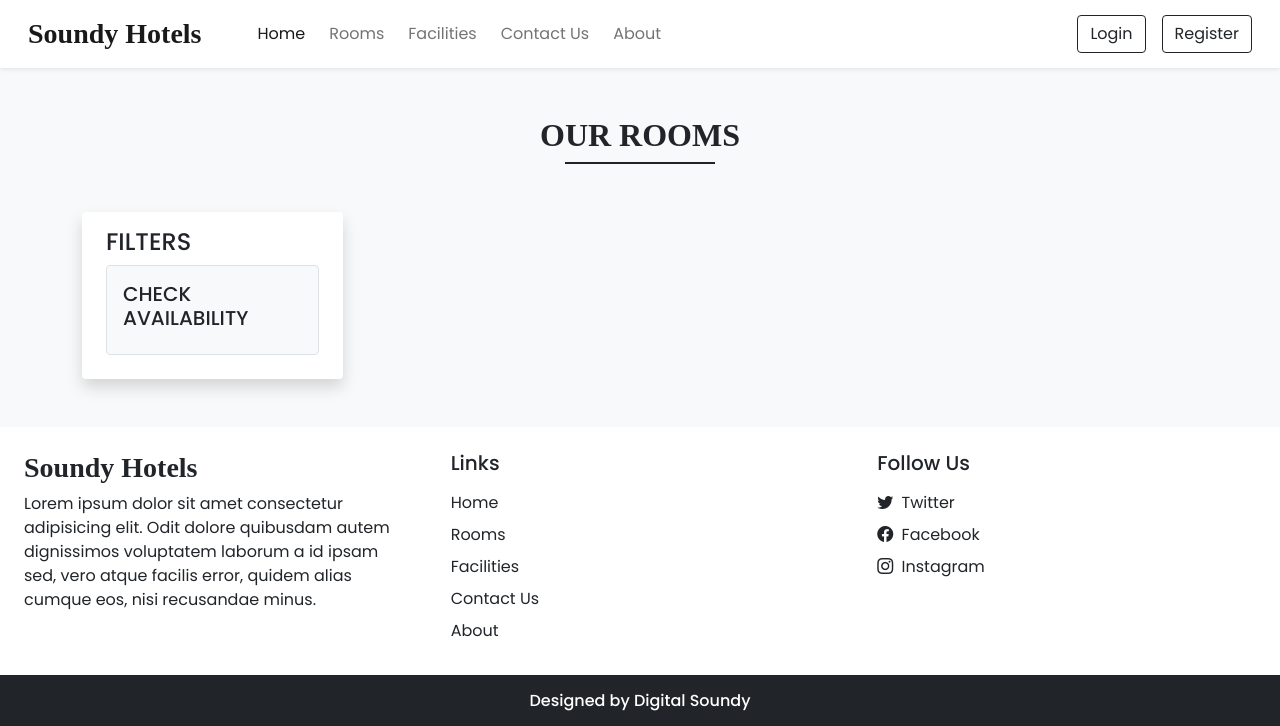
Repository: spencersoundy/Hotel-Booking-App
Page: http://localhost/rooms.php
An editor plug-in stored every save of this project. The page is shown before and after a run of saves, followed by the edit.
The browser window is 1280 px wide. The pictures show the whole page.
Some web fonts or font styles are not loaded; a fallback is used. The page is run by PHP 8.4 with error messages shown; the project is at /var/www/html/.

Above is the page before, as saved 2023-08-05 00:35:20.

### rooms.php
<!DOCTYPE html>
<html lang="en">
<head>
    <meta charset="UTF-8">
    <meta http-equiv="X-UA-Compatible" content="IE=edge">
    <meta name="viewport" content="width=device-width, initial-scale=1.0">
    <title>Soundy Hotels - CONTACT</title>
    <?php require('inc/links.php') ?>
</head>
<body class="bg-light">

<?php require('inc/header.php') ?>

<div class="my-5 px-4">
    <h2 class="fw-bold h-font text-center">OUR ROOMS</h2>
    <div class="h-line bg-dark"></div>
</div>

<div class="container">
    <div class="row">

       <div class="col-lg-3">
        <nav class="navbar navbar-expand-lg navbar-light bg-white rounded shadow">
            <div class="container-fluid flex-lg-column align-items-stretch">
                <h4 class="mt-2">FILTERS</h4>
                <button class="navbar-toggler" type="button" data-bs-toggle="collapse" data-bs-target="#filterDropdown" aria-controls="navbarNav" aria-expanded="false" aria-label="Toggle navigation">
                <span class="navbar-toggler-icon"></span>
                </button>
                <div class="collapse navbar-collapse" id="filterDropdown">
                    <div class="border bg-light p-3 rounded mb-3">
                        <h5 CLASS="">CHECK AVAILABILITY</h5>
                    </div>
                </div>
            </div>
        </nav>
       </div>

    </div>
</div>

<?php require('inc/footer.php')?>

</body>
</html>

### inc/links.php
<link href="https://cdn.jsdelivr.net/npm/bootstrap@5.0.2/dist/css/bootstrap.min.css" rel="stylesheet" integrity="sha384-EVSTQN3/azprG1Anm3QDgpJLIm9Nao0Yz1ztcQTwFspd3yD65VohhpuuCOmLASjC" crossorigin="anonymous">
<link href="https://fonts.googleapis.com/css2?family=Merienda:wght@400;700&family=Poppins:wght@400;500;600&display=swap" rel="stylesheet">
<link rel="stylesheet" href="https://cdn.jsdelivr.net/npm/bootstrap-icons@1.10.5/font/bootstrap-icons.css">
<link rel="stylesheet" href="css/common.css"/>

### inc/header.php
<nav class="navbar navbar-expand-lg navbar-light bg-white px-lg-3 py-lg-2 shadow-sm sticky-top">
    <div class="container-fluid">
        <a class="navbar-brand me-5 fw-bold fs-3 h-font" href="index.php">Soundy Hotels</a>
        <button class="navbar-toggler shadow-none" type="button" data-bs-toggle="collapse" data-bs-target="#navbarSupportedContent" aria-controls="navbarSupportedContent" aria-expanded="false" aria-label="Toggle navigation">
        <span class="navbar-toggler-icon"></span>
        </button>
        <div class="collapse navbar-collapse" id="navbarSupportedContent">
        <ul class="navbar-nav me-auto mb-2 mb-lg-0">
            <li class="nav-item">
            <a class="nav-link active me-2" aria-current="page" href="index.php">Home</a>
            </li>
            <li class="nav-item">
            <a class="nav-link me-2" href="rooms.php">Rooms</a>
            </li>
            <li class="nav-item">
            <a class="nav-link me-2" href="facilities.php">Facilities</a>
            </li><li class="nav-item">
            <a class="nav-link me-2" href="contact.php">Contact Us</a>
            </li><li class="nav-item">
            <a class="nav-link" href="about.php">About</a>
            </li>
        </ul>
        <div class="d-flex">
            <button type="button" class="btn btn-outline-dark shadow-none me-lg-3 me-2" data-bs-toggle="modal" data-bs-target="#loginModal">
                Login
            </button>
            <button type="button" class="btn btn-outline-dark shadow-none" data-bs-toggle="modal" data-bs-target="#registerModal">
                Register
            </button>
        </div>
        </div>
    </div>
    </nav>

    <div class="modal fade" id="loginModal" data-bs-backdrop="static" data-bs-keyboard="false" tabindex="-1" aria-labelledby="staticBackdropLabel" aria-hidden="true">
        <div class="modal-dialog">
            <div class="modal-content">
                <form>
                    <div class="modal-header">
                        <h5 class="modal-title d-flex align-items-center">
                            <i class="bi bi-person-circle fs-3 me-2"></i> User Login
                        </h5>
                        <button type="reset" class="btn-close shadow-none" data-bs-dismiss="modal" aria-label="Close"></button>
                    </div>
                    <div class="modal-body">
                    <div class="mb-3">
                        <label class="form-label">Email address</label>
                        <input type="email" class="form-control shadow-none">
                    </div>
                    <div class="mb-4">
                        <label class="form-label">Password</label>
                        <input type="password" class="form-control shadow-none">
                    </div>
                        <div class="d-flex align-items-center justify-content-between mb-2">
                            <button type="submit" class="btn btn-dark shadow-none">LOGIN</button>
                            <a href="javascript: void(0)" class="text-secondary text-decoration-none">Forgot Password?</a>
                        </div>
                    </div>
                </form>
            </div>
        </div>
    </div>

    <div class="modal fade" id="registerModal" data-bs-backdrop="static" data-bs-keyboard="false" tabindex="-1" aria-labelledby="staticBackdropLabel" aria-hidden="true">
        <div class="modal-dialog modal-lg">
            <div class="modal-content">
                <form>
            <div class="modal-header">
                <h5 class="modal-title d-fle align-items-center">
                    <i class="bi bi-person-lines-fill fs-3 me-2"></i> User Registration
                </h5>
                <button type="reset" class="btn-close shadow-none" data-bs-dismiss="modal" aria-label="Close"></button>
            </div>
            <div class="modal-body">
                <span class="badge rounded-pill bg-light text-dark mb-3 text-wrap lh-base">
                    Note: Your details must match with your ID (ID book/card, passport, drivers license, etc.)
                    that will be required during check-in.
                </span>
                <div class="container-fluid">
                    <div class="row">
                        <div class="col-md-6 ps-0 mb-3">
                            <label class="form-label">Name</label>
                            <input type="text" class="form-control shadow-none">
                        </div>
                        <div class="col-md-6 p-0 mb-3">
                            <label class="form-label">Email</label>
                            <input type="email" class="form-control shadow-none">
                        </div>
                        <div class="col-md-6 ps-0 mb-3">
                            <label class="form-label">Phone Number</label>
                            <input type="number" class="form-control shadow-none">
                        </div>
                        <div class="col-md-6 p-0 mb-3">
                            <label class="form-label">Picture</label>
                            <input type="file" class="form-control shadow-none">
                        </div>
                        <div class="col-md-12 p-0 mb-3">
                            <label class="form-label">Address</label>
                            <textarea class="form-control shadow-none" rows="1"></textarea>
                        </div>
                        <div class="col-md-6 ps-0 mb-3">
                            <label class="form-label">Pincode</label>
                            <input type="number" class="form-control shadow-none">
                        </div>
                        <div class="col-md-6 p-0 mb-3">
                            <label class="form-label">Date of birth</label>
                            <input type="date" class="form-control shadow-none">
                        </div>
                        <div class="col-md-6 ps-0 mb-3">
                            <label class="form-label">Password</label>
                            <input type="password" class="form-control shadow-none">
                        </div>
                        <div class="col-md-6 p-0 mb-3">
                            <label class="form-label">Confirm Password</label>
                            <input type="password" class="form-control shadow-none">
                        </div>
                    </div>
                </div>
                <div class="text-center my-1">
                    <button type="submit" class="btn btn-dark shadow-none">REGISTER</button>
                </div>
            </div>
            </form>
            </div>
  </div>
</div>

### inc/footer.php
<div class="container-fluid bg-white mt-5">

        <div class="row">
            <div class="col-lg-4 p-4">
                <h3 class="h-font fw-bold fs-3 mb-2">Soundy Hotels</h3>
                <p>
                    Lorem ipsum dolor sit amet consectetur adipisicing elit.
                    Odit dolore quibusdam autem dignissimos voluptatem laborum a id ipsam sed,
                    vero atque facilis error, quidem alias cumque eos, nisi recusandae minus.
                </p>
            </div>
            <div class="col-lg-4 p-4">
                <h5 class="mb-3">Links</h5>
                <a href="#" class="d-inline-block mb-2 text-dark text-decoration-none">Home</a><br>
                <a href="#" class="d-inline-block mb-2 text-dark text-decoration-none">Rooms</a><br>
                <a href="#" class="d-inline-block mb-2 text-dark text-decoration-none">Facilities</a><br>
                <a href="#" class="d-inline-block mb-2 text-dark text-decoration-none">Contact Us</a><br>
                <a href="#" class="d-inline-block mb-2 text-dark text-decoration-none">About</a>
            </div>
            <div class="col-lg-4 p-4">
                <h5 class="mb-3">Follow Us</h5>
                <a href="#" class="d-inline-block text-dark text-decoration-none mb-2">
                    <i class="bi bi-twitter me-1"></i> Twitter
                </a><br>
                <a href="#" class="d-inline-block text-dark text-decoration-none mb-2">
                    <i class="bi bi-facebook me-1"></i> Facebook
                </a><br>
                <a href="#" class="d-inline-block text-dark text-decoration-none">
                    <i class="bi bi-instagram me-1"></i> Instagram
                </a><br>
            </div>
        </div>
    </div>
</div>

    <h6 class="text-center bg-dark text-white p-3 m-0">Designed by Digital Soundy</h6>

    <script src="https://cdn.jsdelivr.net/npm/bootstrap@5.0.2/dist/js/bootstrap.bundle.min.js" integrity="sha384-MrcW6ZMFYlzcLA8Nl+NtUVF0sA7MsXsP1UyJoMp4YLEuNSfAP+JcXn/tWtIaxVXM" crossorigin="anonymous"></script>

### css/common.css
:root{
    --teal: #2ec1ac;
    --teal_hover: #279e8c;
}

*{
    font-family: 'Poppins', sans-serif;
}
.h-font{
    font-family: 'Merienda', cursive;
}

input::-webkit-outer-spin-button,
input::-webkit-inner-spin-button {
-webkit-appearance: none;
margin: 0;
}

input[type=number] {
-moz-appearance: textfield;
}

.custom-bg{
    background-color: var(--teal);
    border: 1px solid var(--teal);
}
.custom-bg:hover{
    background-color: var(--teal_hover);
    border-color: var(--teal_hover);
}

.h-line{
    width: 150px;
    margin: 0 auto;
    height: 1.7px;
}

After the next 2 saves:
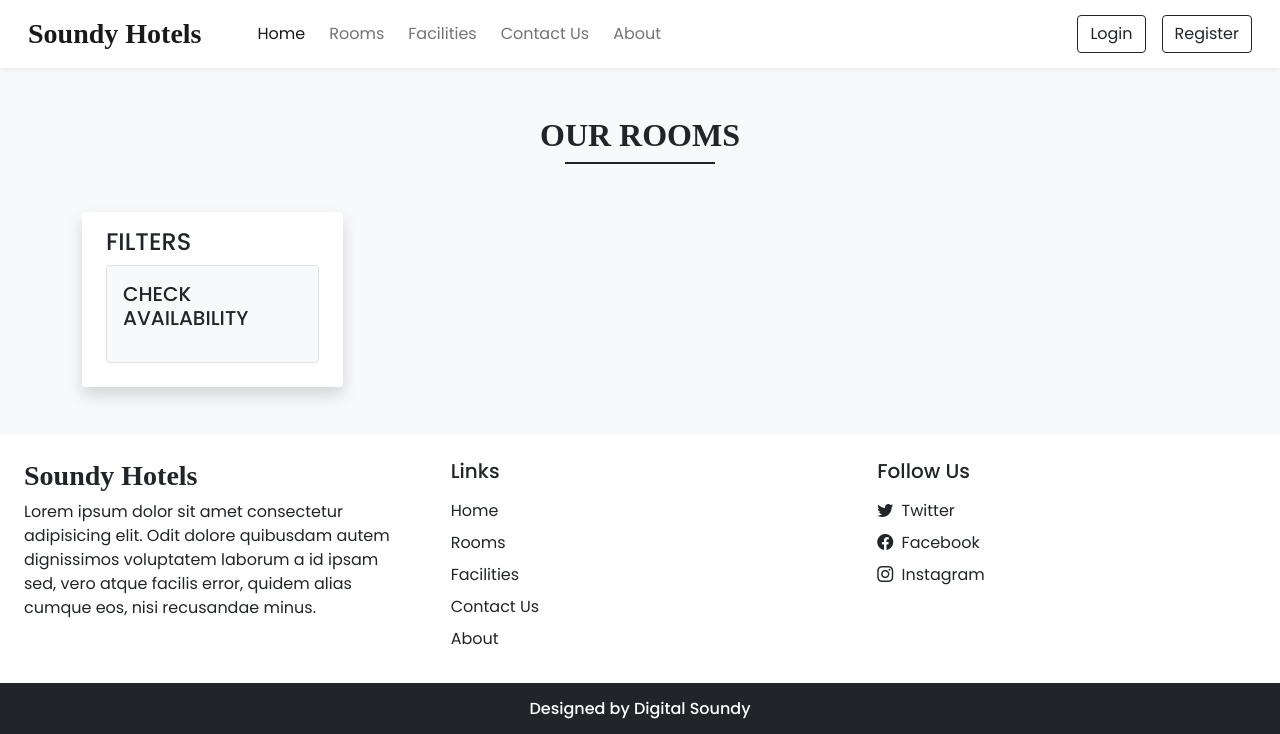
The 2 saves are shown as one change because they came seconds apart.
The last was saved 6 s later.
--- a/rooms.php
+++ b/rooms.php
@@ -28,7 +28,7 @@
                 </button>
                 <div class="collapse navbar-collapse" id="filterDropdown">
                     <div class="border bg-light p-3 rounded mb-3">
-                        <h5 CLASS="">CHECK AVAILABILITY</h5>
+                        <h5 CLASS="mb-3">CHECK AVAILABILITY</h5>
                     </div>
                 </div>
             </div>
